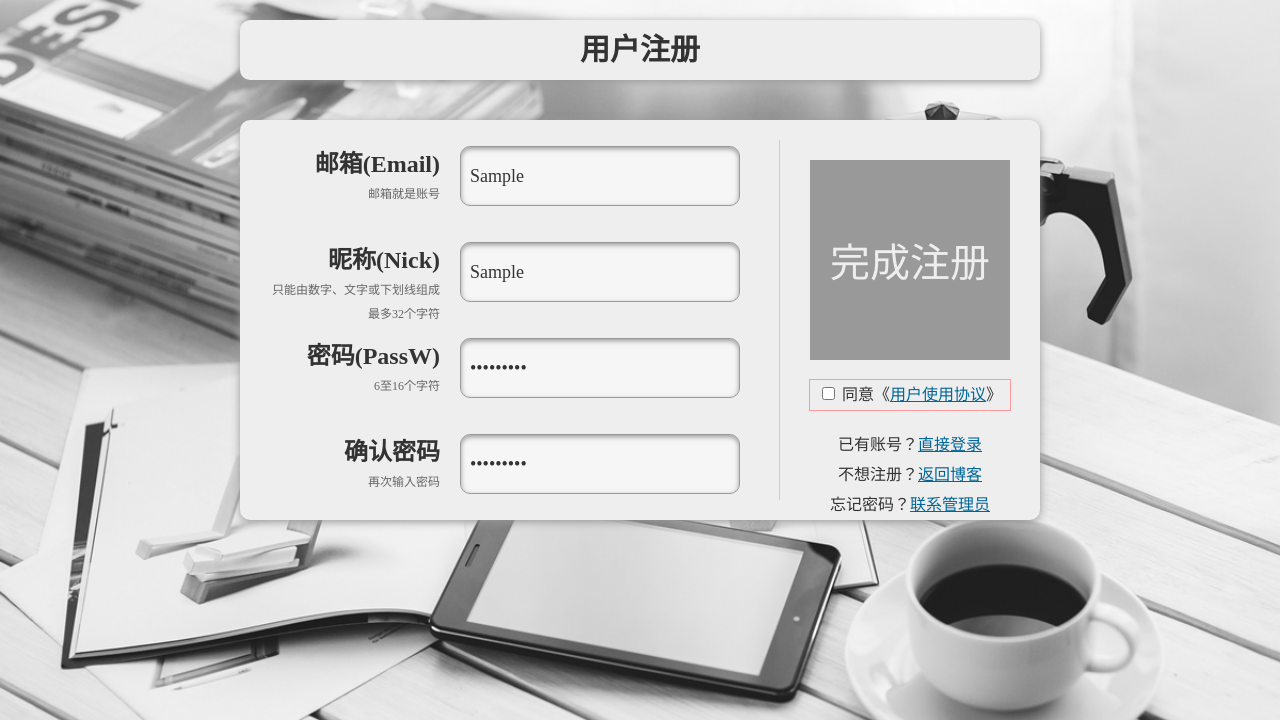
Repository: SUT-GC/myblog
Page: http://localhost/myblog/jsp/registered/registered.jsp
An editor plug-in stored every save of this project. The page is shown before and after a run of saves, followed by the edit.
The browser window is 1280 px wide. The pictures show the whole page.
Empty fields were first filled with sample values (such as "Sample", 5 or name@example.com).
After loading, the first visible `#account` was changed once.
The page is served by Tomcat 9.

Above is the page before, as saved 2015-10-01 14:34:45.
Console error: SyntaxError: Unexpected token ';'

After the next 2 saves:
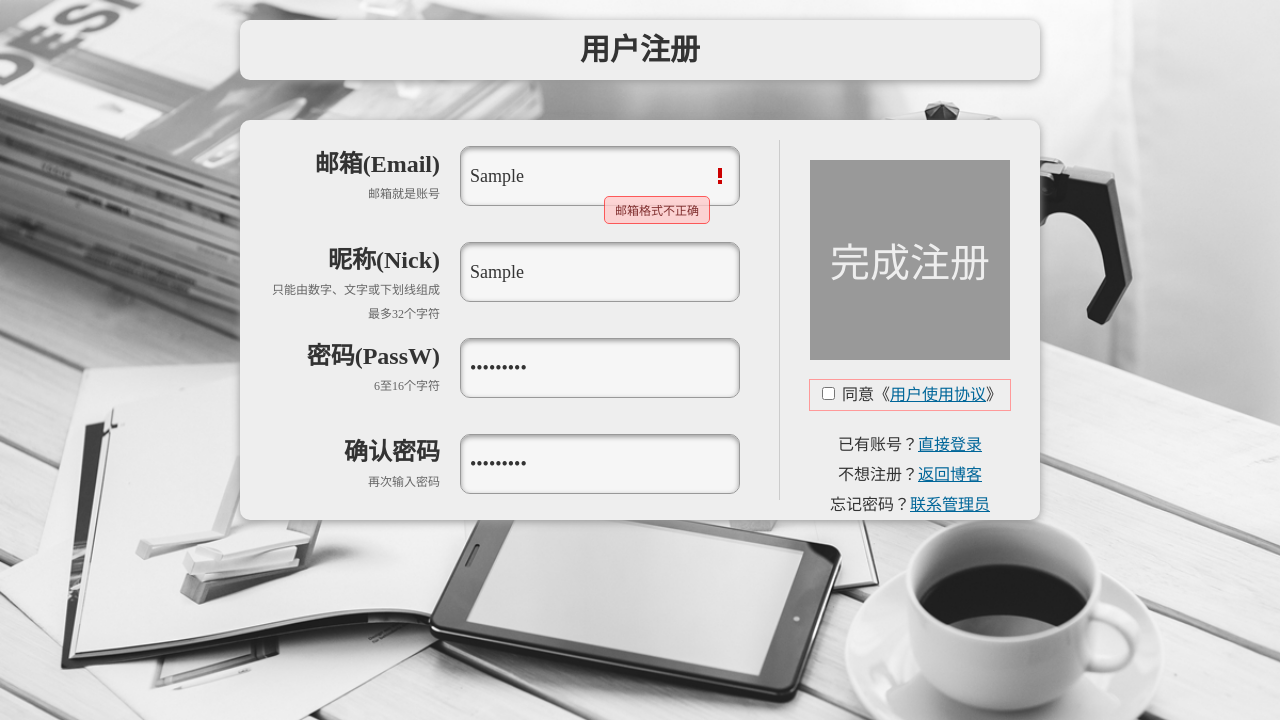
The error is gone.
The 2 saves are shown as one change because they came seconds apart.
The last was saved 16 s later.
--- a/javaee_workspace/myblog/WebContent/jsp/registered/registered.jsp
+++ b/javaee_workspace/myblog/WebContent/jsp/registered/registered.jsp
@@ -154,7 +154,7 @@ input[type=submit]:disabled {background:#999; cursor:no-drop;}
 
 $(document).ready(
 	function(){
-		var errmsg =<%=errmsg%>;
+		var errmsg ='<%=errmsg%>';
 
 			alert(errmsg);
 	}
